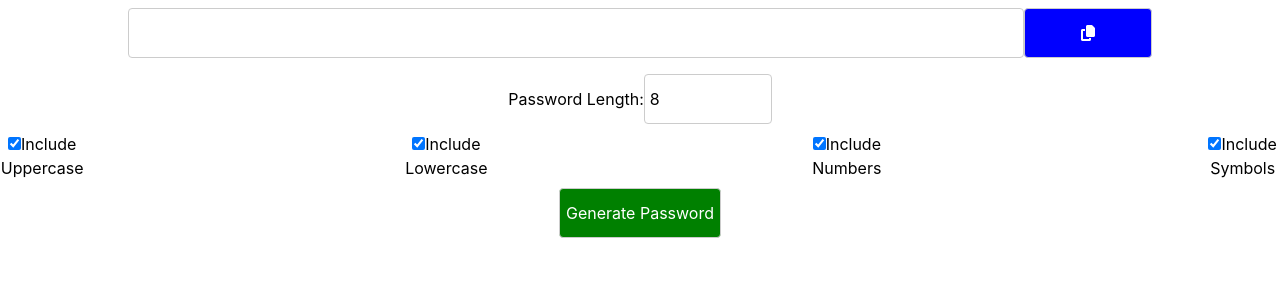
Repository: sriram1224/Password-generator
Page: / (app in password-generator/)
These files come from the project's save history. The page is drawn as it stood at one moment and after the next save; the edit follows.
The browser window is 1280 px wide. The pictures show the whole page.
Some web libraries are served in a nearby version. The project was rebuilt for these pictures with package versions that can differ from the ones it lists, and the page was loaded fresh each time.

Above is the page before, as saved 2024-03-10 21:38:19.

### password-generator/public/index.html
<!DOCTYPE html>
<html lang="en">

<head>
  <meta charset="utf-8" />
  <link rel="icon" href="%PUBLIC_URL%/favicon.ico" />
  <meta name="viewport" content="width=device-width, initial-scale=1" />
  <meta name="theme-color" content="#000000" />
  <meta name="description" content="Web site created using create-react-app" />

  <link rel="apple-touch-icon" href="%PUBLIC_URL%/logo192.png" />
  <link rel="stylesheet" href="https://cdnjs.cloudflare.com/ajax/libs/font-awesome/6.5.1/css/all.min.css"
    integrity="sha512-DTOQO9RWCH3ppGqcWaEA1BIZOC6xxalwEsw9c2QQeAIftl+Vegovlnee1c9QX4TctnWMn13TZye+giMm8e2LwA=="
    crossorigin="anonymous" referrerpolicy="no-referrer" />
  <link rel="manifest" href="%PUBLIC_URL%/manifest.json" />

  <title>React App</title>
</head>

<body>
  <noscript>You need to enable JavaScript to run this app.</noscript>
  <div id="root"></div>
  <script src="https://cdn.tailwindcss.com"></script>
</body>

</html>

### password-generator/src/App.js
import PasswordGenerator from './Components/content.js';
import './App.css';

function App() {
  return (
    <div className="App">
       <PasswordGenerator />

    </div>
  );
}

export default App;

### password-generator/src/Components/content.js
import React, { useState } from 'react';
import "./content.css"
const PasswordGenerator = () => {
  const [includeUppercase, setIncludeUppercase] = useState(true);
  const [includeLowercase, setIncludeLowercase] = useState(true);
  const [includeNumbers, setIncludeNumbers] = useState(true);
  const [includeSymbols, setIncludeSymbols] = useState(true);
  const [password, setPassword] = useState('');
  const [passwordLength, setPasswordLength] = useState(8);

  const generatePassword = () => {
    const uppercaseChars = 'ABCDEFGHIJKLMNOPQRSTUVWXYZ';
    const lowercaseChars = 'abcdefghijklmnopqrstuvwxyz';
    const numberChars = '0123456789';
    const symbolChars = '!@#$%^&*()_+-=[]{}|;:,.<>?';

    let chars = '';
    if (includeUppercase) chars += uppercaseChars;
    if (includeLowercase) chars += lowercaseChars;
    if (includeNumbers) chars += numberChars;
    if (includeSymbols) chars += symbolChars;

    let generatedPassword = '';
    for (let i = 0; i < passwordLength; i++) {
      const randomIndex = Math.floor(Math.random() * chars.length);
      generatedPassword += chars[randomIndex];
    }
    setPassword(generatedPassword);
  };

  const copyToClipboard = () => {
    navigator.clipboard.writeText(password);
  };

  return (
    <div>


      <div>
        <input type="text" readOnly value={password} class="text-input"	 />
        <button onClick={copyToClipboard} class="copy"><i class="fa-solid fa-copy"></i></button>
          </div>
          <div>
        <label>
          Password Length:
          <input type="number" value={passwordLength} class="input-numbers" onChange={(e) => setPasswordLength(parseInt(e.target.value))} />
        </label>
          </div>
          <div class="checkboxed">
               <div>
        <label>
          <input type="checkbox" checked={includeUppercase} onChange={() => setIncludeUppercase(!includeUppercase)} />
          Include Uppercase
        </label>
      </div>
      <div>
        <label>
          <input type="checkbox" checked={includeLowercase} onChange={() => setIncludeLowercase(!includeLowercase)} />
          Include Lowercase
        </label>
      </div>
      <div>
        <label>
          <input type="checkbox" checked={includeNumbers} onChange={() => setIncludeNumbers(!includeNumbers)} />
          Include Numbers
        </label>
      </div>
      <div>
        <label>
          <input type="checkbox" checked={includeSymbols} onChange={() => setIncludeSymbols(!includeSymbols)} />
          Include Symbols
        </label>
              </div>
            </div>

          <button onClick={generatePassword} class="generate">Generate Password</button>
    </div>
  );
};

export default PasswordGenerator;

### password-generator/src/Components/content.css
.text-input{
    width: 70%;
    padding: 12px 20px;
    margin: 8px 0;
    display: inline-block;
    border: 1px solid #ccc;
    border-radius: 4px;
    box-sizing: border-box;
}
.copy{
    width: 10%;
    padding: 12px 20px;
    margin: 8px 0;
    display: inline-block;
    border: 1px solid #ccc;
    border-radius: 4px;
    box-sizing: border-box;
    background-color: blue;
    color: white;
}
.checkboxed{
    display: flex;
    gap: 20rem;
}
.generate{

    padding: 12px 6px;
    margin: 8px 0;
    display: inline-block;
    border: 1px solid #ccc;
    border-radius: 4px;
    box-sizing: border-box;
    background-color: green;
    color: white;
}
.input-numbers{
    width: 10%;
    padding: 12px 5px;
    margin: 8px 0;
    display: inline-block;
    border: 1px solid #ccc;
    border-radius: 4px;
    box-sizing: border-box;
}
@media screen and (max-width: 600px) {


    .generate,
    .input-numbers {
        width: 100%;
    }

    .checkboxed {
        flex-direction: column;
        gap: 1rem;
    }
}

Loaded but not shown: password-generator/src/index.js (common file); password-generator/src/index.css (common file); password-generator/src/reportWebVitals.js (common file); password-generator/src/App.css (common file)

After the next save:
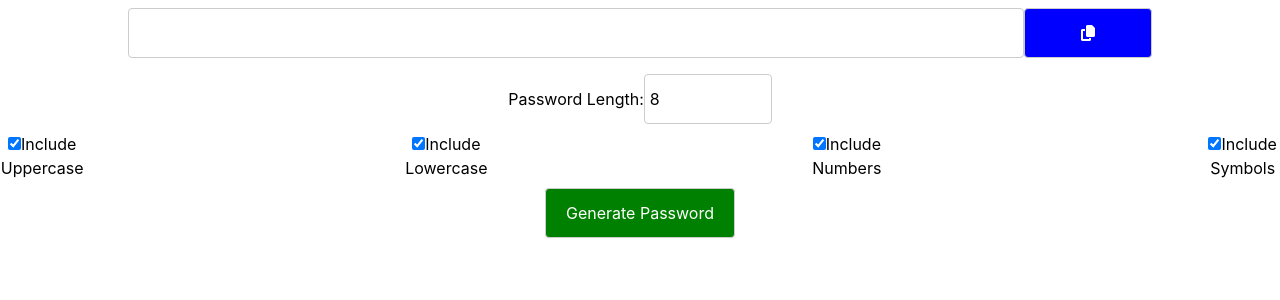
Saved 4 s later.
--- a/password-generator/src/Components/content.css
+++ b/password-generator/src/Components/content.css
@@ -24,7 +24,7 @@
 }
 .generate{
 
-    padding: 12px 6px;
+    padding: 12px 20px;
     margin: 8px 0;
     display: inline-block;
     border: 1px solid #ccc;
